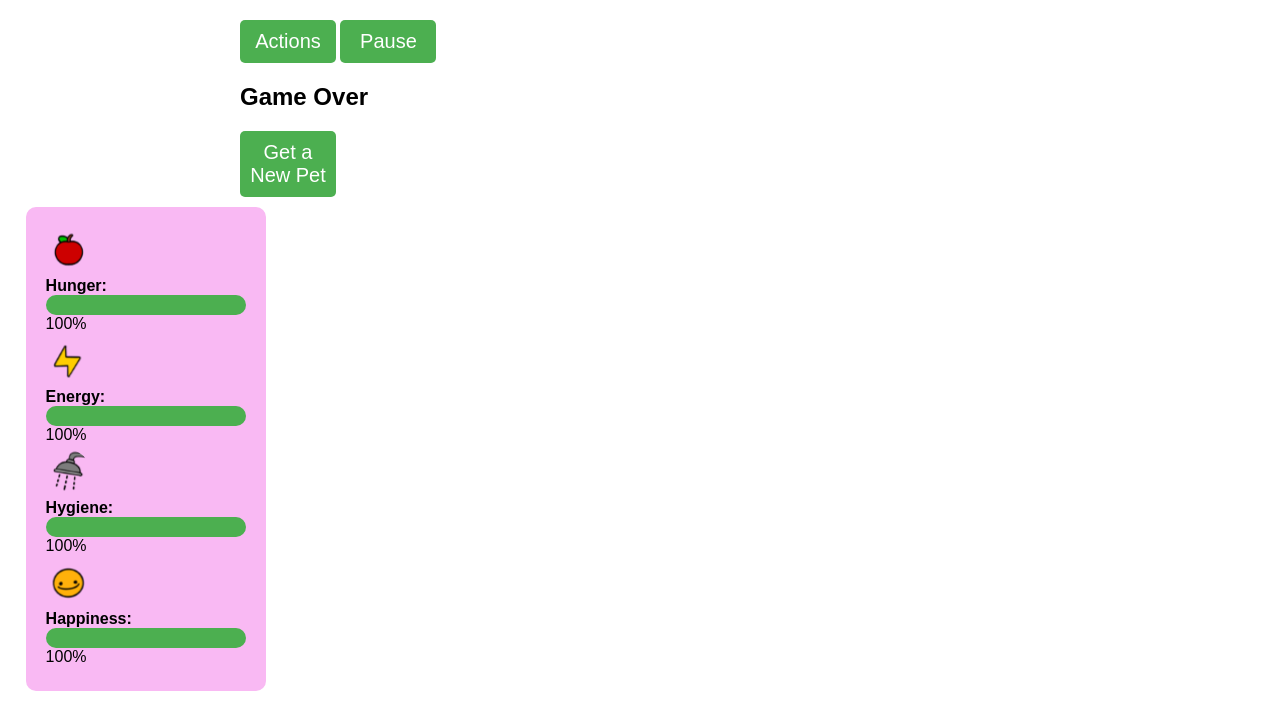
Repository: sarahjx/CapyCare
Page: html/index.html
The author's editor kept a copy of each file at every save. The page is drawn from the files as they stood at one save, then again after a run of saves.
The browser window is 1280 px wide. The pictures show the whole page.
Some web fonts or font styles are not loaded; a fallback is used.

Above is the page before, as saved 2025-04-30 18:15:33.
Console error: SyntaxError: Unexpected end of input

### html/index.html
<!DOCTYPE html>
<html lang="en">
  <head>
    <meta charset="UTF-8" />
    <meta name="viewport" content="width=device-width, initial-scale=1.0" />
    <title>Virtual Pet Game</title>
    <link rel="preconnect" href="https://fonts.googleapis.com">
    <link rel="preconnect" href="https://fonts.gstatic.com" crossorigin>
    <link href="https://fonts.googleapis.com/css2?family=McLaren&display=swap" rel="stylesheet">
    <link rel="stylesheet" href="../css/statusbar.css" />
  </head>
  <body>
    <div class="status-bar-container">

      <div class="status-bar">
        <div class="status-icon-container">
        <span id="hunger-icon" class="status-icon"><img src="../images/hunger.svg" alt="hunger icon"></span>
        <span class="status-label">Hunger:</span>
        </div>
        <div class="status-progress">
          <div id="hunger-bar" class="status-fill"></div>
        </div>
        <span id="hunger-value">100%</span>
        <div id="hunger-warning" class="warning"></div>
      </div>

      <div class="status-bar">
        <div class="status-icon-container">
        <span id="energy-icon" class="status-icon"><img src="../images/energy.svg" alt="energy icon"></span>
        <span class="status-label">Energy:</span>
        </div>
        <div class="status-progress">
          <div id="energy-bar" class="status-fill"></div>
        </div>
        <span id="energy-value">100%</span>
        <div id="energy-warning" class="warning"></div>
      </div>

      <div class="status-bar">
        <div class="status-icon-container">
        <span id="hygiene-icon" class="status-icon"><img src="../images/hygiene.svg" alt="hygiene icon"></span>
        <span class="status-label">Hygiene:</span>
        </div>
        <div class="status-progress">
          <div id="hygiene-bar" class="status-fill"></div>
        </div>
        <span id="hygiene-value">100%</span>
        <div id="hygiene-warning" class="warning"></div>
      </div>

      <div class="status-bar">
        <div class="status-icon-container">
        <span id="happiness-icon" class="status-icon"><img src="../images/happiness.svg" alt="happiness icon"></span>
        <span class="status-label">Happiness:</span>
        </div>
        <div class="status-progress">
          <div id="happiness-bar" class="status-fill"></div>
        </div>
        <span id="happiness-value">100%</span>
        <div id="happiness-warning" class="warning"></div>
      </div>
    </div>
    <button id="toggle-button">Actions</button>

      <div class="action-buttons hidden" id="button-column">
        <button id="close-button">❌</button>
        <button onclick="feedPet(currentPet)">Feed</button>
        <button onclick="bathePet(currentPet)">Bathe</button>
        <button onclick="bedtime(currentPet)">Sleep</button>
        <button onclick="touchPet(currentPet)">Play</button>
      </div>
      <button id="pauseButton" onclick="togglePause()" class="pause-button">
        Pause
      </button>
    </div>

    <div id="gameOverScreen" class="game-over-screen">
      <div class="game-over-content">
        <h2>Game Over</h2>
        <p id="gameOverMessage"></p>
        <button onclick="resetGame()">Get a New Pet</button>
      </div>
    </div>

    <script src="../backend/status.js"></script>
  </body>
</html>

### css/statusbar.css
:root {
  --primary-color: #F9D9D9;
  --secondary-color: #D9E7F9;
  --tertiary-color: #FFF1FB;
  --accent-color: #F7EFD7;
  --text-color: #333;
  --spacing-xs: 0.5rem;
  --spacing-sm: 0.75rem;
  --spacing-md: 1rem;
  --spacing-lg: 1.5rem;
  --spacing-xl: 2rem;
  --spacing-xxl: 3rem;
  --font-family: 'McLaren', sans-serif;
  --font-size-xs: 0.75rem;
  --font-size-sm: 0.875rem;
  --font-size-md: 1rem;
  --font-size-lg: 1.125rem;
  --font-size-xl: 1.25rem;
  --font-size-xxl: 1.5rem;
}

body {
  font-family: var(--font-family);
  font-weight: 10;
  max-width: 800px;
  margin: 0 auto;
  padding: 20px;
  background-color: #ffffff;
}

.status-bar-container {
  position: fixed;
  background-color: rgb(249, 185, 243);
  padding: 20px;
  border-radius: 10px;
  display: inline-flex;
  flex-direction: column;
  bottom: 4%;
  left: 2%;
}

.status-icon-container {
  display: flex;
  flex-direction: column;
}

.status-icon {

}

.status-label {
  display: inline-block;
  width: 100px;
  font-weight: bold;
}

.status-progress {
  width: 200px;
  height: 20px;
  background-color: #eee;
  border-radius: 10px;
  overflow: hidden;
}

.status-fill {
  height: 100%;
  background-color: #4caf50;
  transition: width 0.3s ease;
}

.action-buttons {
  margin-top: 20px;
  display: inline-flex;
  flex-direction: column;
  padding: 10px;
  border-radius: 10px;
  gap: 15px;
  background-color: #ff9800;
  position: fixed;
  right: 2%;
  bottom: 4%;

}


button {
  padding: 10px ;
  border: none;
  border-radius: 5px;
  background-color: #4caf50;
  color: white;
  cursor: pointer;
  transition: background-color 0.3s;
  width: 6rem;
  font-family: var(--font-family);
  font-weight: 7pt;
  font-size: var(--font-size-xl);

}

button:hover {
  background-color: #45a049;
}

.warning {
  color: #ff9800;
  font-weight: bold;
  margin-top: 5px;
}

.critical {
  color: #f44336;
  font-weight: bold;
  margin-top: 5px;
}

.hidden {
  display: none;
}

### backend/status.js
function Personality(favFood, active, clean, clingy, foodLover, introText) {
    this.favFood = favFood;
    this.active = active;
    this.clean = clean;
    this.clingy = clingy;
    this.foodLover = foodLover;
    this.intro = introText;
}

const mix1 = new Personality(
    "Sunfruit", true, true, true, true,
    "This pet is energetic and playful, always ready to explore or play. They love the taste of Sunfruit and will happily eat it when offered, but they’ll need constant attention, so expect lots of petting and cuddling. Despite their active nature, they stay clean and are easy to bathe. This pet loves affection and will return it in kind!"
);
const mix2 = new Personality(
    "Snakberry", true, true, false, true,
    "This pet is full of energy and loves to make the most of their days. They are particularly fond of Snakberries, which they will devour happily, but they tend to get hungry more often due to their high energy levels. Despite their active nature, they keep themselves clean and are easy to bathe. They’re not overly clingy, so while they’ll happily spend time with you, they won’t be demanding affection constantly."
);
const mix3 = new Personality(
    "Dreamleaf", false, false, true, false,
    "This pet is laid-back and enjoys spending time with you, always seeking your company. They love Dreamleaf as a treat, but they’re not particularly food-driven and don’t get hungry as often. While they may get a little dirty from time to time, they tend to move around when you try to bathe them. Expect them to seek out your attention frequently, and be ready to shower them with love when they come to you for pets."
);

const personalities = [mix1, mix2, mix3];

function getRandomPersonality() {
    const randomIndex = Math.floor(Math.random() * personalities.length);
    return personalities[randomIndex];
}
//gotta re do thatm^^^

let hunger = 70;
let energy = 70;
let hygiene = 70;
let happiness = 70;

function loseStatus(category){
    switch(category) {
        case "hunger":
// Global variable to store current pet
let currentPet = null;

// Store interval IDs globally
let hungerInterval = null;
let energyInterval = null;
let hygieneInterval = null;
let happinessInterval = null;

let isGameOver = false;

function getRandomPersonality() {
  const randomIndex = Math.floor(Math.random() * personalities.length);
  currentPet = personalities[randomIndex];
  console.log("New pet initialized:", currentPet.intro);
  return currentPet;
}

let hunger = 100;
let energy = 100;
let hygiene = 100;
let happiness = 100;

// Personality-based status decrease functions
function decreaseHunger() {
  if (!currentPet || isGameOver) return;

  // Food lovers get hungry faster
  const decreaseAmount = currentPet.foodLover ? 15 : 10;
  if (hunger <= 0) {
    hunger = 0;
    if (checkGameOver()) return;
  } else if (hunger > 0) {
    hunger -= decreaseAmount;
    if (checkGameOver()) return;
  }
  console.log("Hunger: " + hunger);
  warning();
}

function decreaseEnergy() {
  if (!currentPet || isGameOver) return;

  // Active pets lose energy faster
  const decreaseAmount = currentPet.active ? 15 : 10;
  if (energy <= 0) {
    energy = 0;
    if (checkGameOver()) return;
  } else if (energy > 0) {
    energy -= decreaseAmount;
    if (checkGameOver()) return;
  }
  console.log("Energy: " + energy);
  warning();
}

function decreaseHygiene() {
  if (!currentPet || isGameOver) return;

  // Clean pets lose hygiene slower
  const decreaseAmount = currentPet.clean ? 8 : 12;
  if (hygiene <= 0) {
    hygiene = 0;
    if (checkGameOver()) return;
  } else if (hygiene > 0) {
    hygiene -= decreaseAmount;
    if (checkGameOver()) return;
  }
  console.log("Hygiene: " + hygiene);
  warning();
}

function decreaseHappiness() {
  if (!currentPet || isGameOver) return;

  // Clingy pets lose happiness faster when not attended to
  const decreaseAmount = currentPet.clingy ? 15 : 10;
  if (happiness <= 0) {
    happiness = 0;
    if (checkGameOver()) return;
  } else if (happiness > 0) {
    happiness -= decreaseAmount;
    if (checkGameOver()) return;
  }
  console.log("Happiness: " + happiness);
  warning();
}

// Update intervals with personality-based timing
function updateIntervals() {
  // Clear any existing intervals
  if (hungerInterval) clearInterval(hungerInterval);
  if (energyInterval) clearInterval(energyInterval);
  if (hygieneInterval) clearInterval(hygieneInterval);
  if (happinessInterval) clearInterval(happinessInterval);

  // Set new intervals based on personality
  hungerInterval = setInterval(
    () => {
      decreaseHunger();
      warning();
    },
    currentPet.foodLover ? 6000 : 8000
  );

  energyInterval = setInterval(
    () => {
      decreaseEnergy();
      warning();
    },
    currentPet.active ? 8000 : 12000
  );

  hygieneInterval = setInterval(
    () => {
      decreaseHygiene();
      warning();
    },
    currentPet.clean ? 18000 : 15000
  );

  happinessInterval = setInterval(
    () => {
      decreaseHappiness();
      warning();
    },
    currentPet.clingy ? 8000 : 10000
  );

  console.log("Intervals updated for pet:", currentPet.intro);
}

// Pause game function
function pauseGame() {
  if (hungerInterval) clearInterval(hungerInterval);
  if (energyInterval) clearInterval(energyInterval);
  if (hygieneInterval) clearInterval(hygieneInterval);
  if (happinessInterval) clearInterval(happinessInterval);
  console.log("Game paused");
}

// Resume game function
function resumeGame() {
  updateIntervals();
  console.log("Game resumed");
}

// Initialize with a random pet and start intervals
currentPet = getRandomPersonality();
updateIntervals();

function touchPet(personality) {
  if (personality.clingy) {
    gainStatus("happiness");
    console.log("Your pet loves the attention!");
  } else {
    loseStatus("happiness");
    console.log("Your pet prefers their space.");
  }
}

function feedPet(personality) {
  gainStatus("hunger"); // Always increase hunger
  if (personality.foodLover) {
    gainStatus("happiness");
    console.log("Your pet loves the food!");
  } else {
    loseStatus("happiness");
    console.log("Your pet isn't very interested in food.");
  }
}

function bathePet(personality) {
  gainStatus("hygiene"); // Always increase hygiene
  if (personality.clean) {
    gainStatus("happiness");
    console.log("Your pet enjoys being clean!");
  } else {
    loseStatus("happiness");
    console.log("Your pet doesn't like baths.");
  }
}

function bedtime(personality) {
  gainStatus("energy"); // Always increase energy
  if (personality.active) {
    loseStatus("happiness");
    console.log("Your pet is too energetic to sleep!");
  } else {
    gainStatus("happiness");
    console.log("Your pet enjoys resting.");
  }
}

function gainStatus(category) {
  switch (category) {
    case "hunger":
      if (hunger >= 100) {
        console.log("Hunger is full!");
      } else if (hunger < 100) {
        hunger += 10;
        console.log("Hunger: " + hunger);
      }
      break;
    case "energy":
      if (energy >= 100) {
        console.log("Energy is full!");
      } else if (energy < 100) {
        energy += 10;
        console.log("Energy: " + energy);
      }
      break;
    case "hygiene":
      if (hygiene >= 100) {
        console.log("Hygiene is full!");
      } else if (hygiene < 100) {
        hygiene += 10;
        console.log("Hygiene: " + hygiene);
      }
      break;
    case "happiness":
      if (happiness >= 100) {
        console.log("Happiness is full!");
      } else if (happiness < 100) {
        happiness += 10;
        console.log("Happiness: " + happiness);
      }
      break;
    default:
      console.log("Invalid category");
  }
}

function loseStatus(category) {
  switch (category) {
    case "hunger":
      if (hunger <= 0) {
        console.log("Hunger is empty!");
        hunger = 0;
      } else if (hunger > 0) {
        hunger -= 10;
        console.log("Hunger: " + hunger);
      }
      break;
    case "energy":
      if (energy <= 0) {
        console.log("Energy is empty!");
        energy = 0;
      } else if (energy > 0) {
        energy -= 10;
        console.log("Energy: " + energy);
      }
      break;
    case "hygiene":
      if (hygiene <= 0) {
        console.log("Hygiene is empty!");
        hygiene = 0;
      } else if (hygiene > 0) {
        hygiene -= 10;
        console.log("Hygiene: " + hygiene);
      }
      break;
    case "happiness":
      if (happiness <= 0) {
        console.log("Happiness is empty!");
        happiness = 0;
      } else if (happiness > 0) {
        happiness -= 10;
        console.log("Happiness: " + happiness);
      }
      break;
    default:
      console.log("Invalid category");
  }
}

function warning() {
  // Hunger warnings
  if (hunger <= 50 && hunger > 20) {
    document.getElementById("hunger-warning").textContent =
      "Your pet is getting hungry!";
    document.getElementById("hunger-warning").className = "warning";
  } else if (hunger <= 20 && hunger > 0) {
    document.getElementById("hunger-warning").textContent =
      "Your pet is starving!";
    document.getElementById("hunger-warning").className = "critical";
  } else {
    document.getElementById("hunger-warning").textContent = "";
  }

  // Energy warnings
  if (energy <= 50 && energy > 20) {
    document.getElementById("energy-warning").textContent =
      "Your pet is getting tired!";
    document.getElementById("energy-warning").className = "warning";
  } else if (energy <= 20 && energy > 0) {
    document.getElementById("energy-warning").textContent =
      "Your pet is exhausted!";
    document.getElementById("energy-warning").className = "critical";
  } else {
    document.getElementById("energy-warning").textContent = "";
  }

  // Hygiene warnings
  if (hygiene <= 50 && hygiene > 20) {
    document.getElementById("hygiene-warning").textContent =
      "Your pet needs a bath!";
    document.getElementById("hygiene-warning").className = "warning";
  } else if (hygiene <= 20 && hygiene > 0) {
    document.getElementById("hygiene-warning").textContent =
      "Your pet is filthy!";
    document.getElementById("hygiene-warning").className = "critical";
  } else {
    document.getElementById("hygiene-warning").textContent = "";
  }

  // Happiness warnings
  if (happiness <= 50 && happiness > 20) {
    document.getElementById("happiness-warning").textContent =
      "Your pet is getting sad!";
    document.getElementById("happiness-warning").className = "warning";
  } else if (happiness <= 20 && happiness > 0) {
    document.getElementById("happiness-warning").textContent =
      "Your pet is depressed!";
    document.getElementById("happiness-warning").className = "critical";
  } else {
    document.getElementById("happiness-warning").textContent = "";
  }
}

function checkGameOver() {
  if (hunger <= 0 || energy <= 0 || hygiene <= 0 || happiness <= 0) {
    isGameOver = true;
    pauseGame();
    showGameOver();
    return true;
  }
  return false;
}

function showGameOver() {
  let reason = "";
  if (hunger <= 0) reason = "Your pet starved to death!";
  else if (energy <= 0) reason = "Your pet died from exhaustion!";
  else if (hygiene <= 0) reason = "Your pet died from poor hygiene!";
  else if (happiness <= 0) reason = "Your pet died from sadness!";

  console.log("GAME OVER: " + reason);
  document.getElementById("gameOverMessage").textContent = reason;
  document.getElementById("gameOverScreen").style.display = "flex";
}

function resetGame() {
  isGameOver = false;
  hunger = 100;
  energy = 100;
  hygiene = 100;
  happiness = 100;
  document.getElementById("gameOverScreen").style.display = "none";
  currentPet = getRandomPersonality();
  updateStatusBars();
  updateIntervals();
}

let isPaused = false;

      function togglePause() {
        isPaused = !isPaused;
        const pauseButton = document.getElementById("pauseButton");
        const buttons = document.querySelectorAll(
          ".buttons button:not(#pauseButton)"
        );

        if (isPaused) {
          pauseButton.textContent = "Resume";
          pauseButton.classList.add("paused");
          buttons.forEach((button) => (button.disabled = true));
          pauseGame();
        } else {
          pauseButton.textContent = "Pause";
          pauseButton.classList.remove("paused");
          buttons.forEach((button) => (button.disabled = false));
          resumeGame();
        }
      }

      // Update status bars
      function updateStatusBars() {
        document.getElementById("hunger-bar").style.width = hunger + "%";
        document.getElementById("energy-bar").style.width = energy + "%";
        document.getElementById("hygiene-bar").style.width = hygiene + "%";
        document.getElementById("happiness-bar").style.width = happiness + "%";

        document.getElementById("hunger-value").textContent = hunger + "%";
        document.getElementById("energy-value").textContent = energy + "%";
        document.getElementById("hygiene-value").textContent = hygiene + "%";
        document.getElementById("happiness-value").textContent =
          happiness + "%";
      }

      // Override console.log to update UI
      const originalConsoleLog = console.log;
      console.log = function () {
        originalConsoleLog.apply(console, arguments);
        updateStatusBars();
      };

      // Initial update
      updateStatusBars();


      const toggleButton = document.getElementById('toggle-button');
const closeButton = document.getElementById('close-button');
const buttonColumn = document.getElementById('button-column');

toggleButton.addEventListener('click', () => {
  buttonColumn.classList.remove('hidden');
  toggleButton.style.display = 'none';
});

closeButton.addEventListener('click', () => {
  buttonColumn.classList.add('hidden');
  toggleButton.style.display = 'inline-block';
});

After the next 2 saves:
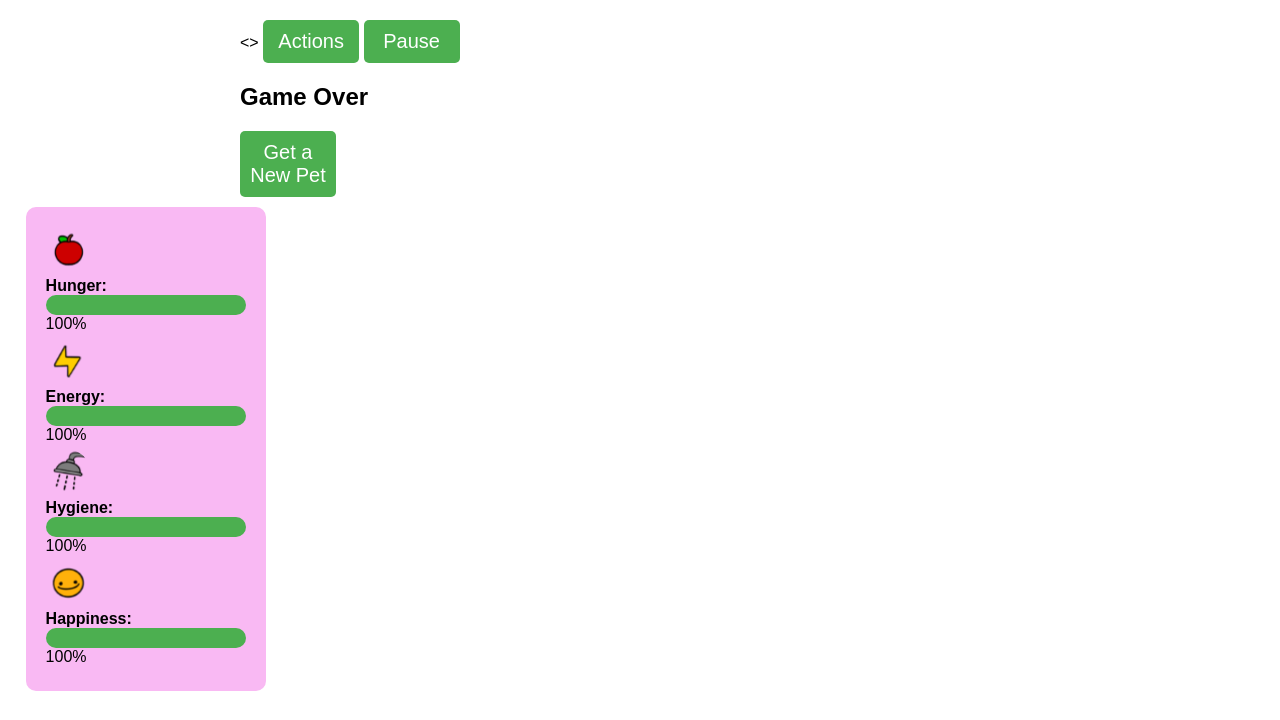
The 2 saves are shown as one change because they came seconds apart.
The last was saved 6 s later.
--- a/html/index.html
+++ b/html/index.html
@@ -60,6 +60,7 @@
         <div id="happiness-warning" class="warning"></div>
       </div>
     </div>
+    <>
     <button id="toggle-button">Actions</button>
 
       <div class="action-buttons hidden" id="button-column">

After the 2 saves that followed:
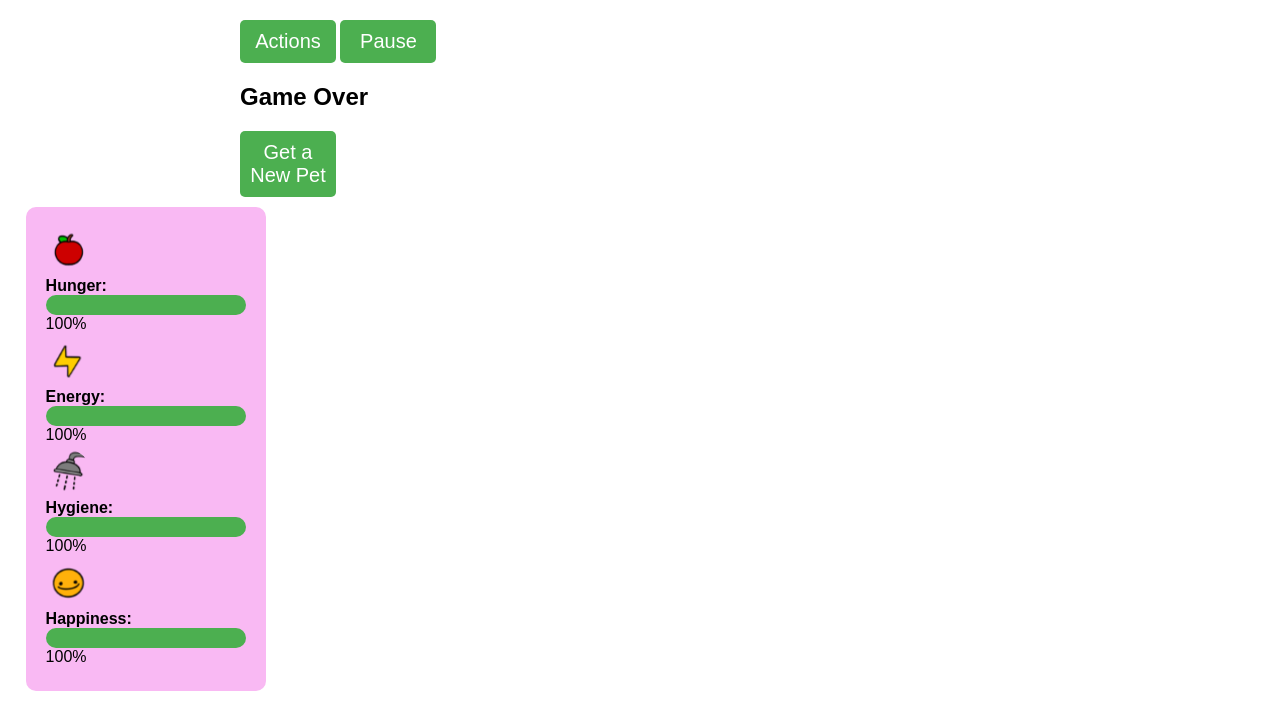
The 2 saves are shown as one change because they came seconds apart.
The last was saved 3 s later.
--- a/html/index.html
+++ b/html/index.html
@@ -60,7 +60,7 @@
         <div id="happiness-warning" class="warning"></div>
       </div>
     </div>
-    <>
+    <div >
     <button id="toggle-button">Actions</button>
 
       <div class="action-buttons hidden" id="button-column">
--- a/css/statusbar.css
+++ b/css/statusbar.css
@@ -45,7 +45,8 @@ body {
 }
 
 .status-icon {
-
+  margin: 0;
+  padding: 0;
 }
 
 .status-label {
